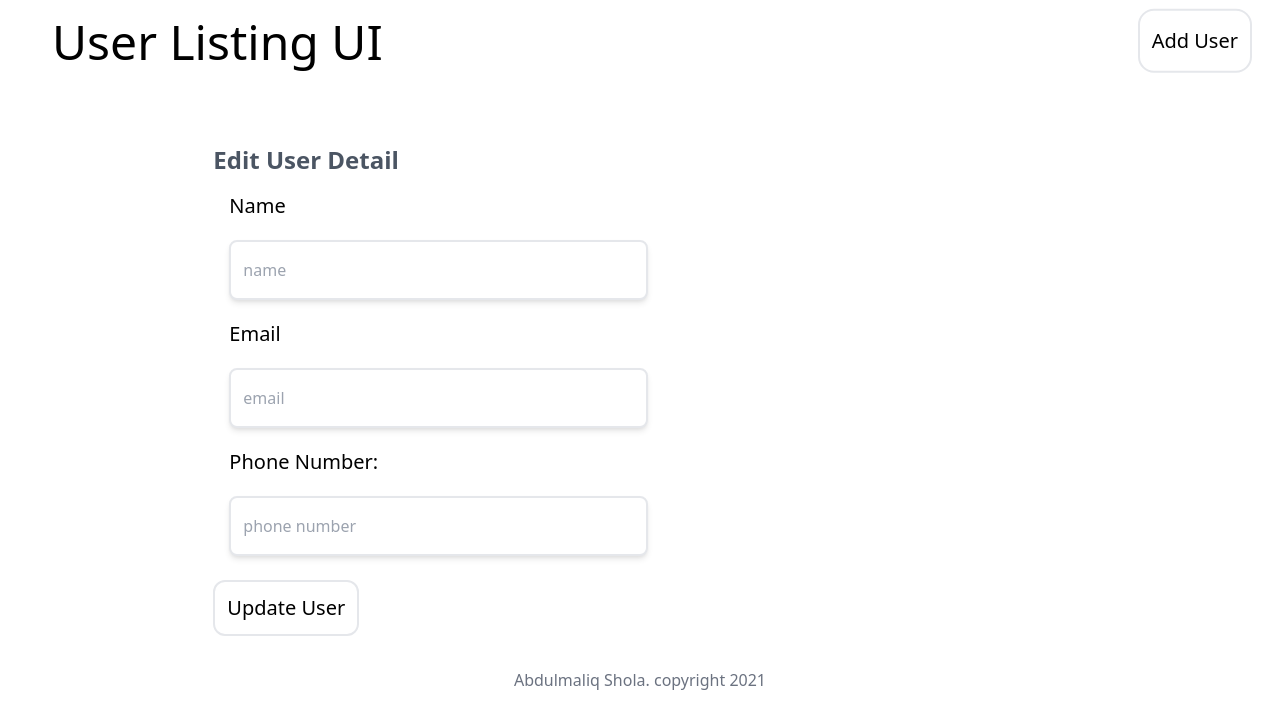
Repository: Marlstergo/listings
Page: /edit (app in client/)
An editor plug-in stored every save of this project. The page is shown before and after the next save, followed by the edit.
The browser window is 1280 px wide. The pictures show the whole page.
The project was rebuilt for these pictures with package versions that can differ from the ones it lists, and the page was loaded fresh each time. Also part of the build but not shown: client/craco.config.js, client/src/components/userRowhome.js, client/src/components/Home.js, client/src/components/UserRow.jsx, client/src/components/List.js, client/src/components/addUser.js.

Above is the page before, as saved 2021-07-21 18:06:46.

After the next save:
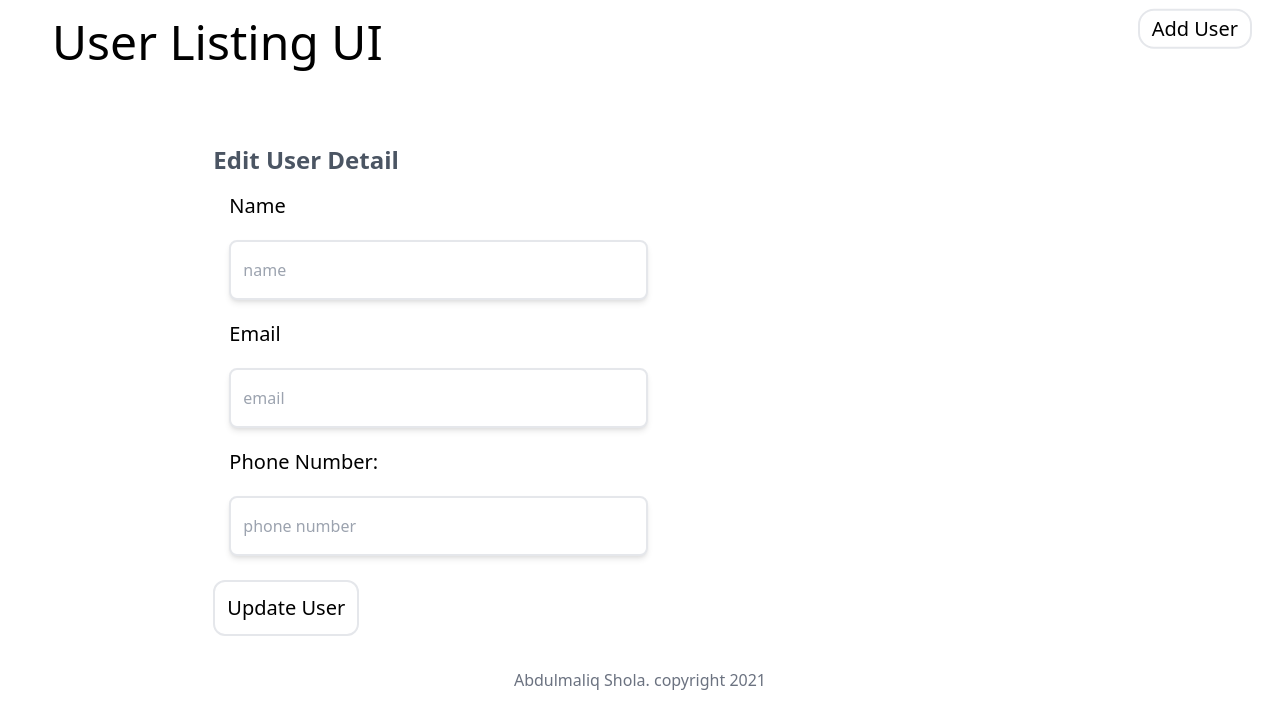
Saved 99 s later.
--- a/client/src/components/Header.js
+++ b/client/src/components/Header.js
@@ -64,7 +64,7 @@ const Header = ({history}) => {
           variants={buttonVariants}
           whileHover="hover"
           animate={`${history.location.pathname === '/adduser'?'':'show'}`}
-          className="text-xl border-2 px-3 rounded-2xl active:bg-gray-200"
+          className="text-xl border-2 h-10 px-3 rounded-2xl active:bg-gray-200"
         >
           <a href="/adduser">Add User</a>
         </motion.button>
